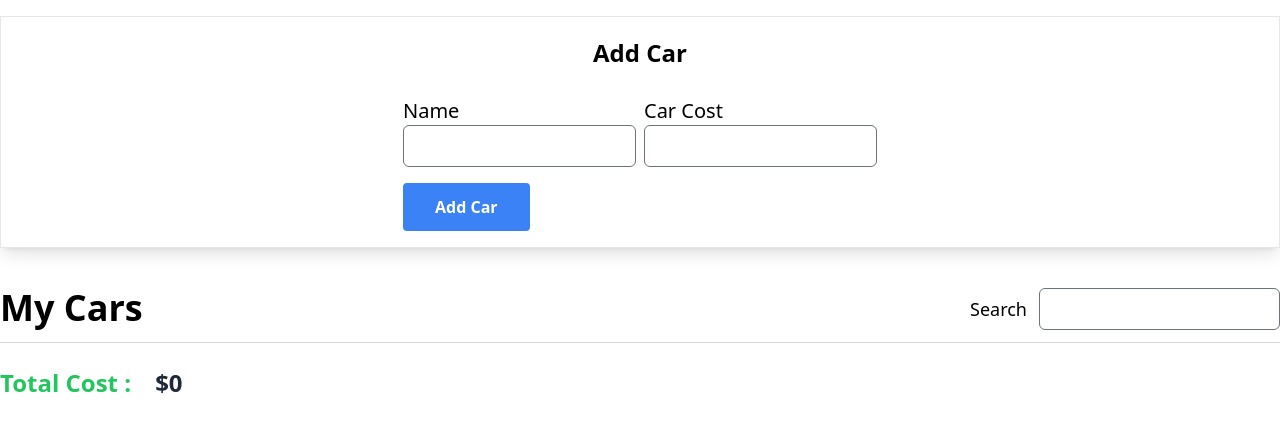
Repository: Marhamat92/carsappreduxtoolkit
Page: /
These files come from the project's save history. The page is drawn as it stood at one moment and after the next save; the edit follows.
The browser window is 1280 px wide. The pictures show the whole page.
The project was rebuilt for these pictures with package versions that can differ from the ones it lists, and the page was loaded fresh each time.

Above is the page before, as saved 2023-01-24 00:47:17.

After the next save:
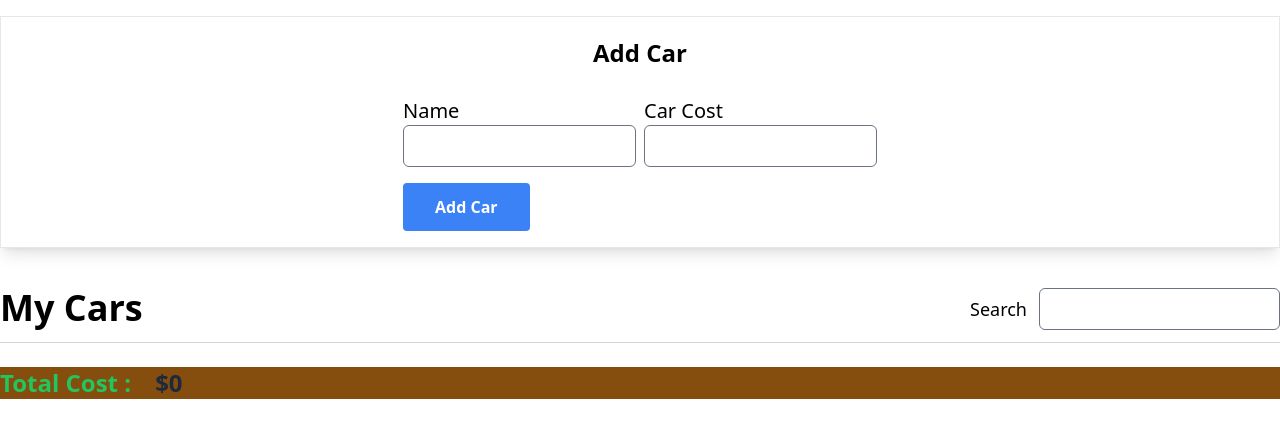
Saved 12 s later.
--- a/src/components/CarValue.js
+++ b/src/components/CarValue.js
@@ -12,7 +12,7 @@ function CarValue() {
 
 
   return (
-    <div className='flex  space-x-6 mt-6'>
+    <div className='flex  space-x-6 mt-6 bg-yellow-800'>
       <h1 className='text-2xl font-bold text-green-500' >Total Cost :</h1>
       <h1 className='text-2xl font-bold text-slate-800'>${totalCost}</h1>
     </div>
